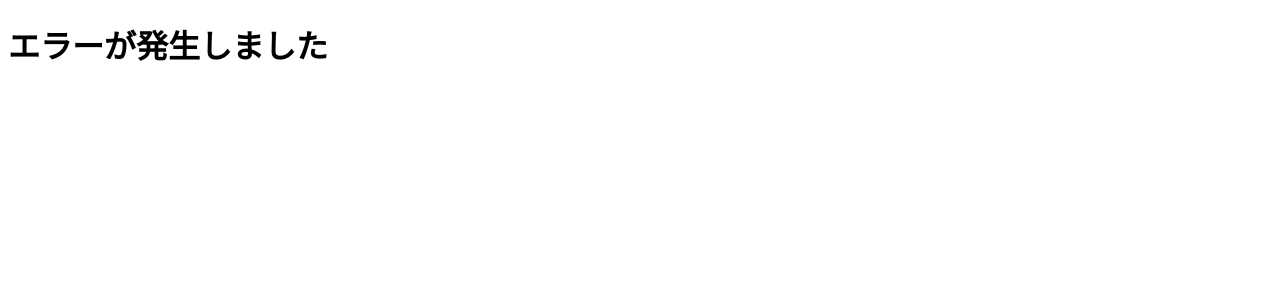
Repository: 0702tk/test
Page: http://localhost/WebProj2/helloStrutsError.jsp
The author's editor kept a copy of each file at every save. The page is drawn from the files as they stood at one save, then again after the next save.
The browser window is 1280 px wide. The pictures show the whole page.
The page is served by Tomcat 9.

Above is the page before, as saved 2019-08-02 02:53:47.

After the next save:
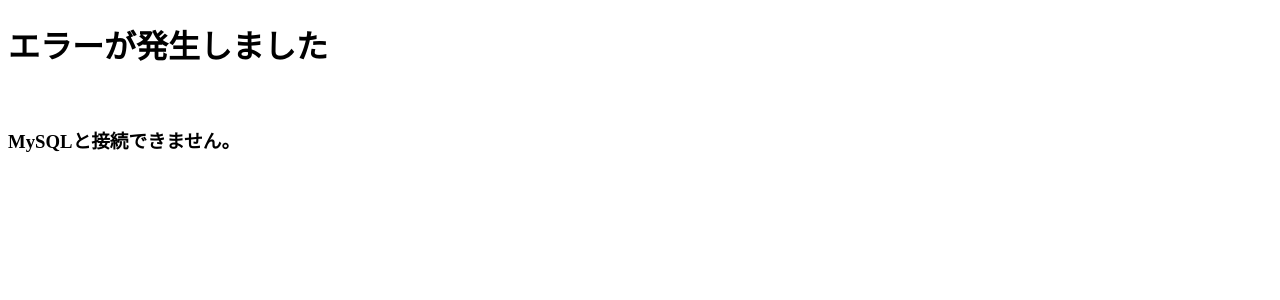
Saved 67 min 23 s later.
--- a/WebProj2/WebContent/helloStrutsError.jsp
+++ b/WebProj2/WebContent/helloStrutsError.jsp
@@ -9,6 +9,6 @@
 <body>
 	<h1>エラーが発生しました</h1>
 	<br>
-	<h3></h3>
+	<h3>MySQLと接続できません。</h3>
 </body>
 </html>
